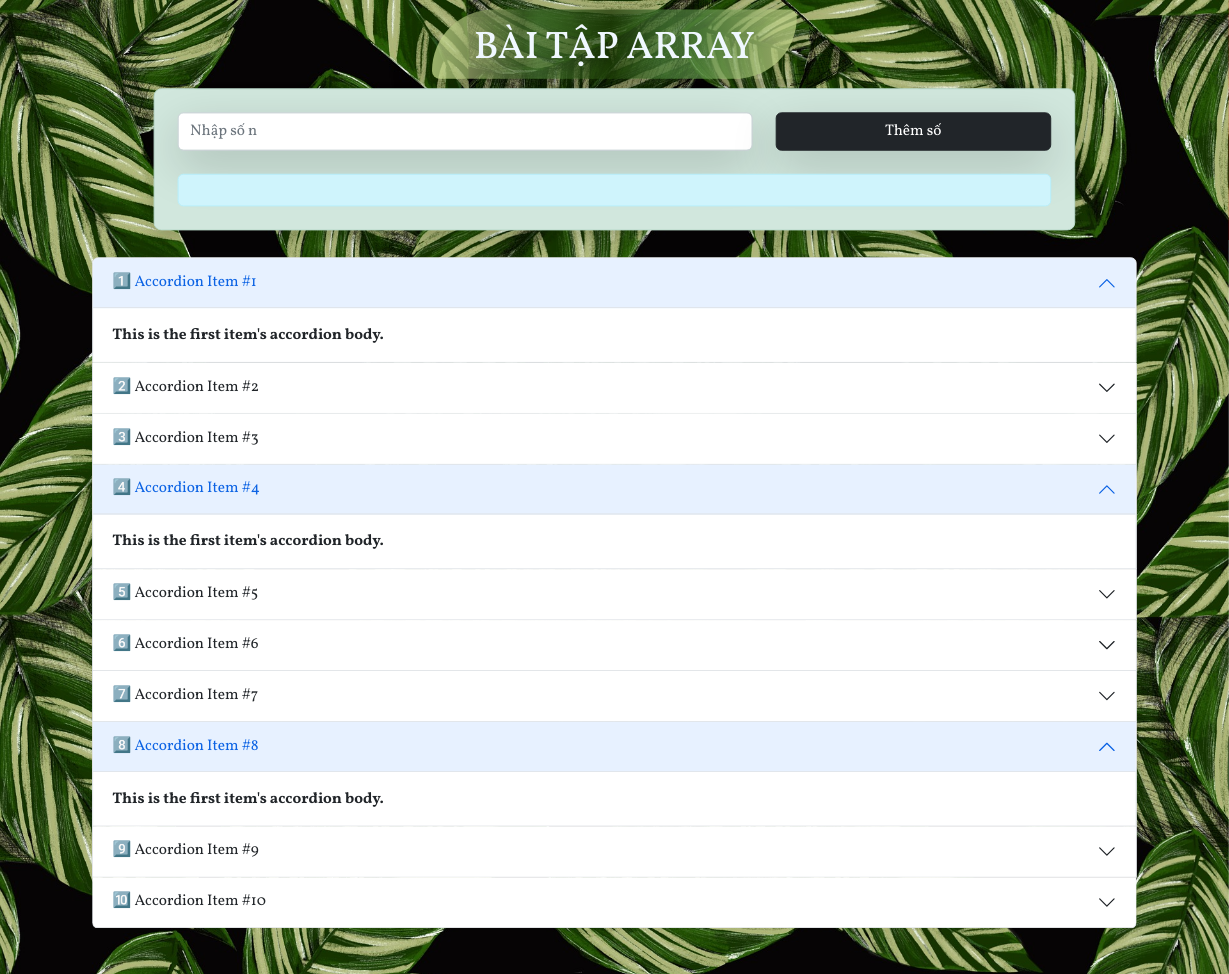
Repository: hcozyph/TranHuuPhuoc_BC43_BT_JS_Buoi7_8_ARRAY
Page: index.html
These files come from the project's save history. The page is drawn as it stood at one moment and after the next save; the edit follows.
The browser window is 1280 px wide. The pictures show the whole page, at 96% of full size.
Backgrounds fixed to the window are drawn as part of the page.

Above is the page before, as saved 2023-02-23 17:13:18.

After the next save:
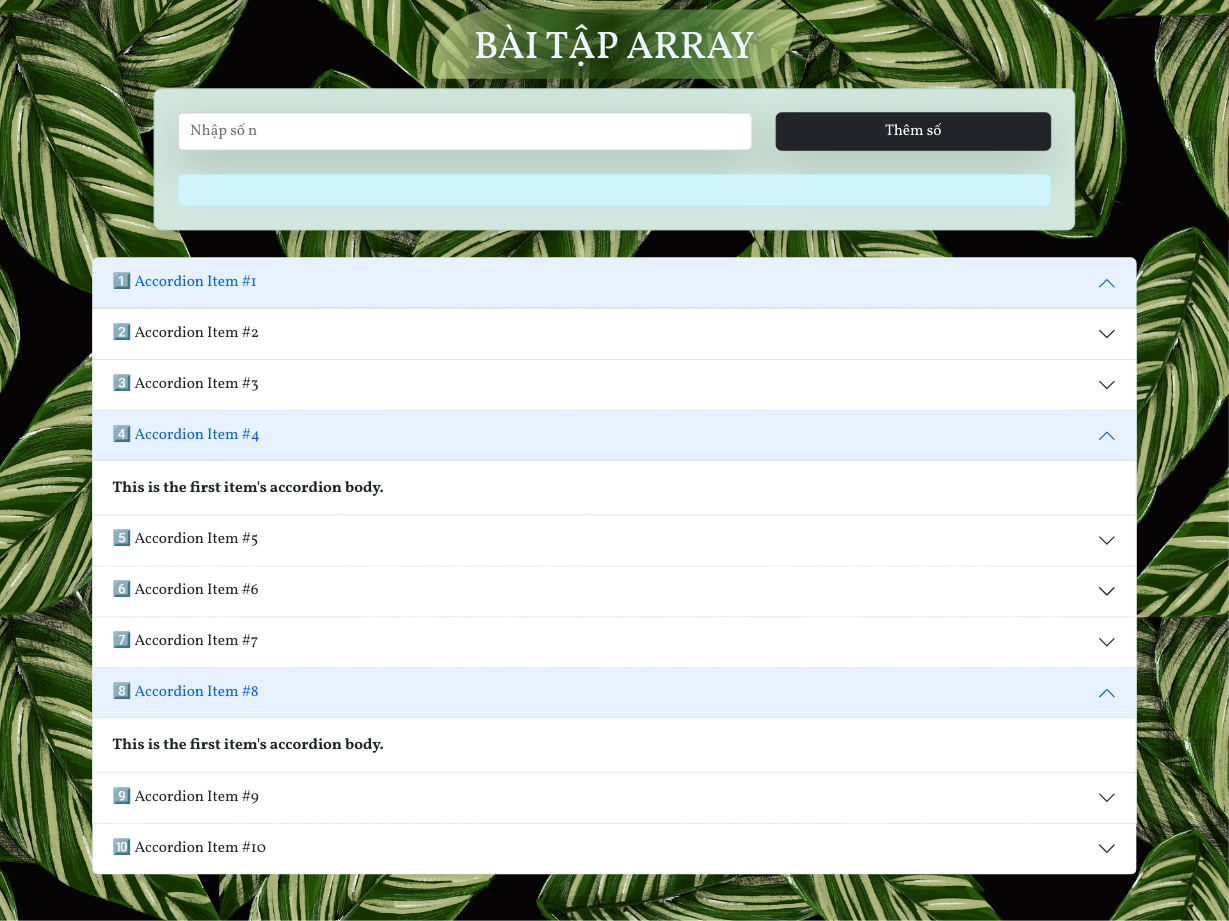
Saved 36 s later.
--- a/index.html
+++ b/index.html
@@ -88,8 +88,9 @@
                         </h2>
                         <div
                             id="collapseOne"
-                            class="accordion-collapse collapse show"
+                            class="accordion-collapse collapse"
                             aria-labelledby="headingOne"
+                            data-bs-parent="#accordionExample"
                         >
                             <div class="accordion-body">
                                 <strong
